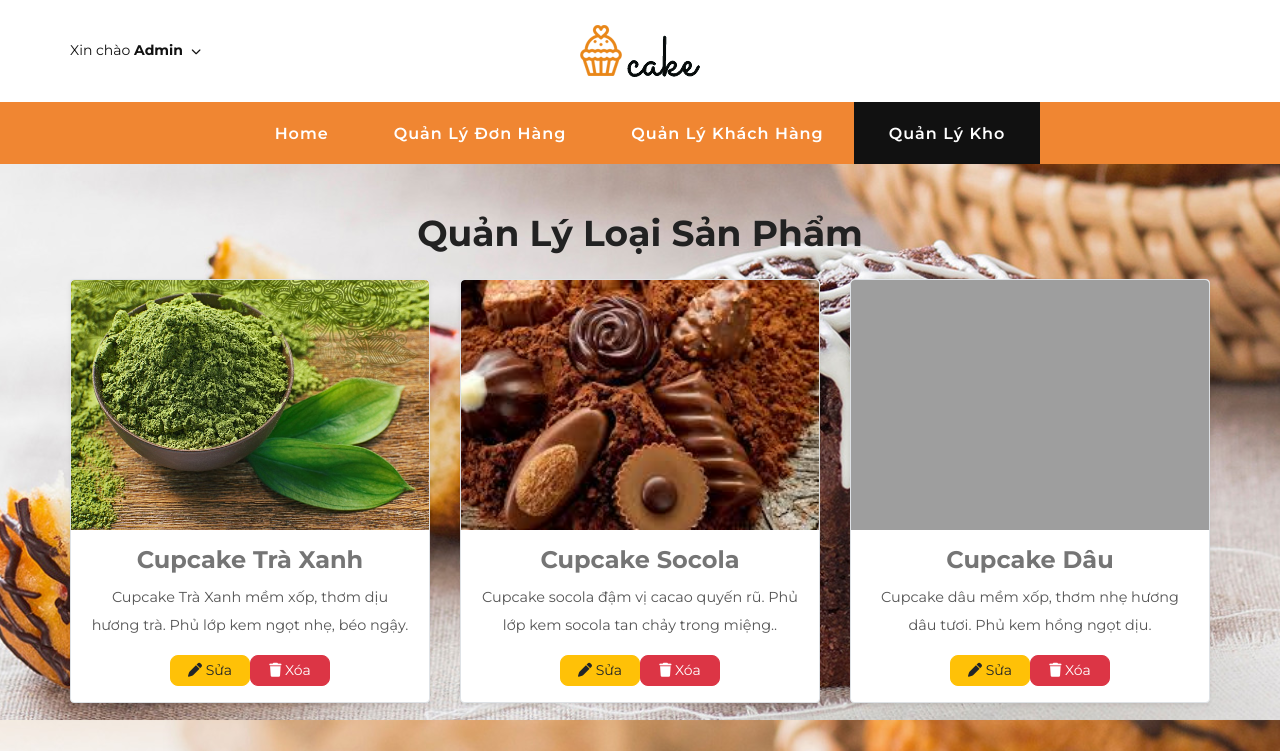
Repository: nhanto2n-byte/Nhom10ChieuThu3
Page: ProjectWeb/cake-main/admin_type.html
The author's editor kept a copy of each file at every save. The page is drawn from the files as they stood at one save, then again after the next save.
The browser window is 1280 px wide. The pictures show the whole page.
Pictures or frames that could not be fetched are drawn as grey boxes. Backgrounds fixed to the window are drawn as part of the page.

Above is the page before, as saved 2025-11-10 22:27:21.
Console error (its wording comes from the project's code and is left out).

### ProjectWeb/cake-main/admin_type.html
<!DOCTYPE html>
<html lang="vi">

<head>
    <meta charset="UTF-8">
    <meta name="viewport" content="width=device-width, initial-scale=1.0">
    <title>Quản lý Bánh Cupcake</title>

    <link href="https://fonts.googleapis.com/css2?family=Playfair+Display:wght@400;500;600;700;800;900&display=swap" rel="stylesheet">
    <link href="https://fonts.googleapis.com/css2?family=Montserrat:wght@300;400;500;600;700;800;900&display=swap" rel="stylesheet">
    <link rel="stylesheet" href="css/bootstrap.min.css" type="text/css">
    <link rel="stylesheet" href="css/style.css" type="text/css">
    <link rel="stylesheet" href="https://cdnjs.cloudflare.com/ajax/libs/font-awesome/6.0.0-beta3/css/all.min.css">

    <style>
        /* GIAO DIỆN CHUNG */
        body {
            background: url('img/hero/hero-1.jpg') no-repeat center center fixed;
            background-size: cover;
            font-family: 'Montserrat', sans-serif;
            color: #222;
        }
        .card {
            border: none; border-radius: 12px; box-shadow: 0 3px 10px rgba(0, 0, 0, 0.1);
            background-color: rgba(255, 255, 255, 0.9); padding: 25px; margin-bottom: 20px;
        }
        h2 { font-weight: 700; color: #222; margin-bottom: 30px; }
        .table th { background-color: #f1f3f9; }
        .btn-primary, .btn-warning, .btn-danger, .btn-success, .btn-secondary, .btn-info { border-radius: 8px; }

        /* MENU DROPDOWN */
        .header__top__left ul li.has-dropdown { position: relative; cursor: pointer; }
        .header__top__left ul li .dropdown {
            display: none; position: absolute; top: 100%; left: 0; z-index: 100; background-color: #333;
            border: 1px solid #555; box-shadow: 0 4px 10px rgba(0, 0, 0, 0.2); min-width: 200px;
            padding: 5px 0; list-style: none;
        }
        .header__top__left ul li.has-dropdown:hover>.dropdown { display: block; }
        .header__top__left ul li .dropdown li a {
            display: block; padding: 10px 15px; text-decoration: none; color: white; font-size: 16px; white-space: nowrap;
        }
        .header__top__left ul li .dropdown li a:hover { background-color: #555; color: #ffcc00; }

        /* FORM */
        .card-form {
            border-radius: 15px; box-shadow: 0 8px 20px rgba(0, 0, 0, 0.15); background: rgba(255, 255, 255, 0.95);
            padding: 30px; margin-bottom: 30px; transition: transform 0.3s, opacity 0.3s; display: none;
        }
        .card-form h5 {
            background: linear-gradient(90deg, #f6d365, #fda085); padding: 12px 20px; border-radius: 10px;
            color: white; margin-bottom: 25px; font-weight: 700; text-align: center; box-shadow: 0 4px 12px rgba(0, 0, 0, 0.1);
        }
        .card-form input, .card-form textarea {
            border-radius: 10px; padding: 10px 15px; border: 1px solid #ccc; transition: 0.3s;
        }
        .card-form input:focus { border-color: #fda085; box-shadow: 0 0 8px rgba(253, 160, 133, 0.4); outline: none; }
        .card-form button { border-radius: 10px; padding: 8px 20px; transition: 0.3s; }
        .card-form button:hover { transform: translateY(-2px); box-shadow: 0 6px 15px rgba(0, 0, 0, 0.15); }

.category-card {
    border-radius: 15px;
    overflow: hidden;
    background: #fff;
    box-shadow: 0 4px 15px rgba(0,0,0,0.1);
    transition: .3s ease;
    cursor: pointer;
}

.category-card:hover {
    transform: translateY(-8px);
    box-shadow: 0 6px 20px rgba(0,0,0,0.15);
}

.category-img {
    width: 100%;
    height: 230px;
    object-fit: cover;
}

.category-content {
    padding: 20px;
    text-align: center;
}

.category-content h4 {
    font-weight: 700;
    margin-bottom: 10px;
}

.category-content p {
    color: #666;
    font-size: 15px;
}

/* Căn giữa toàn bộ menu chính */
.header__menu ul {
    display: flex;
    justify-content: center; /* căn giữa menu */
    align-items: center;
    list-style: none;
    margin: 0;
    padding: 0;
}

/* Mỗi mục trong menu chính */
.header__menu ul li {
    position: relative;
}

/* Dropdown menu (đen, chữ trắng, tự giãn kích thước) */
.header__menu ul li .dropdown {
    display: none;
    position: absolute;
    top: 100%;
    left: 50%;
    transform: translateX(-50%);
    background-color: rgba(0, 0, 0, 0.95);
    border: 1px solid #444;
    box-shadow: 0 4px 10px rgba(0, 0, 0, 0.3);
    border-radius: 8px;
    z-index: 100;
    padding: 5px 0;

    /* Cho phép chữ xuống dòng, mở rộng nếu cần */
    white-space: normal; /* cho phép xuống dòng */
    width: auto;         /* tự mở rộng theo nội dung */
    min-width: 230px;    /* kích thước tối thiểu */
    max-width: 300px;    /* tránh quá rộng */
    word-wrap: break-word; /* ngắt dòng nếu chữ dài liền */
}

/* Hiện dropdown khi hover */
.header__menu ul li:hover > .dropdown {
    display: block;
}

/* Các item trong dropdown */
.header__menu ul li .dropdown li {
    display: block;
}

/* Liên kết trong dropdown */
.header__menu ul li .dropdown li a {
    display: block;
    padding: 10px 18px;
    color: #fff;
    text-decoration: none;
    font-size: 15px;
    font-weight: 500;
    transition: background 0.2s, color 0.2s;
    line-height: 1.4; /* giúp dòng chữ cân đối khi xuống dòng */
}

/* Hover đẹp */
.header__menu ul li .dropdown li a:hover {
    background-color: #333;
    color: #ffcc00;
}

/* Hiệu ứng trượt mở */
.header__menu ul li .dropdown {
    opacity: 0;
    visibility: hidden;
    transform: translate(-50%, 10px);
    transition: all 0.25s ease;
}
.header__menu ul li:hover > .dropdown {
    opacity: 1;
    visibility: visible;
    transform: translate(-50%, 0);
}



    </style>
</head>

<body>
    <header class="header">
        <div class="header__top">
            <div class="container">
                <div class="row">
                    <div class="col-lg-12">
                        <div class="header__top__inner">
                            <div class="header__top__left">
                                <ul>
                                    <li class="has-dropdown">
                                        Xin chào <strong>Admin</strong>
                                        <i class="fa-solid fa-chevron-down" style="font-size: 10px; margin-left: 5px;"></i>
                                        <ul class="dropdown">
                                            <li><a href="./admin_login.html">Log out</a></li>
                                        </ul>
                                    </li>
                                </ul>
                            </div>
                            <div class="header__logo">
                                <a href="#"><img src="img/logo.png" alt=""></a>
                            </div>
                        </div>
                    </div>
                </div>
                <div class="canvas__open"><i class="fa fa-bars"></i></div>
            </div>
        </div>
        <div class="container">
            <nav class="header__menu mobile-menu">
                <ul>
                    <li><a href="./admin_home.html">Home</a></li>
                    <li><a href="./admin_product.html">Quản Lý Đơn Hàng</a></li>
                    <li><a href="./admin_member.html">Quản Lý Khách Hàng</a></li>
                    <li class="active"><a href="#">Quản Lý Kho</a>
                        <ul class="dropdown">
                            <li><a href="./admin_category.html">Quản Lý Danh Mục Sản Phẩm</a></li>
                            <li><a href="./admin_import.html">Quản Lý Nhập Sản Phẩm</a></li>
                            <li><a href="./admin_selling.html">Quản Lý Giá Bán</a></li>
                            <li><a href="./admin_quantity.html">Quản Lý Số Lượng Tồn</a></li>
                            <li><a href="./admin_type.html">Quản Lý Loại Sản Phẩm</a></li>
                        </ul>
                    </li>
                </ul>
            </nav>
        </div>
    </header>
  <div class="container py-5">
    <h2 class="text-center mb-4">Quản Lý Loại Sản Phẩm</h2>

    <div class="row g-4">

        <!-- Loại 1 -->
        <div class="col-lg-4 col-md-6">
            <div class="category-card border rounded shadow-sm">
                <img src="img/hero/TRAXANH.jpg" class="category-img img-fluid" alt="">
                <div class="category-content p-3 text-center">
                    <h4>Cupcake Trà Xanh</h4>
                    <p>Cupcake Trà Xanh mềm xốp, thơm dịu hương trà.
Phủ lớp kem ngọt nhẹ, béo ngậy.</p>
                    <div class="d-flex justify-content-center gap-4 mt-3">
                        <button class="btn btn-warning btn-sm btn-action"><i class="fa-solid fa-pen"></i> Sửa</button>
                        <button class="btn btn-danger btn-sm btn-action"><i class="fa-solid fa-trash"></i> Xóa</button>
                    </div>
                </div>
            </div>
        </div>

        <!-- Loại 2 -->
        <div class="col-lg-4 col-md-6">
            <div class="category-card border rounded shadow-sm">
                <img src="img/hero/SOCOLA.jpg" class="category-img img-fluid" alt="">
                <div class="category-content p-3 text-center">
                    <h4>Cupcake Socola</h4>
                    <p>Cupcake socola đậm vị cacao quyến rũ.
Phủ lớp kem socola tan chảy trong miệng..</p>
                    <div class="d-flex justify-content-center gap-4 mt-3">
                           <button class="btn btn-warning btn-sm btn-action"
        onclick="window.location.href='sualoaisp.html'">
    <i class="fa-solid fa-pen"></i> Sửa
</button>
                        <button class="btn btn-danger btn-sm btn-action"><i class="fa-solid fa-trash"></i> Xóa</button>
                    </div>
                </div>
            </div>
        </div>

        <!-- Loại 3 -->
        <div class="col-lg-4 col-md-6">
            <div class="category-card border rounded shadow-sm">
                <img src="img/hero/DÂU.jpg" class="category-img img-fluid" alt="">
                <div class="category-content p-3 text-center">
                    <h4>Cupcake Dâu</h4>
                    <p>Cupcake dâu mềm xốp, thơm nhẹ hương dâu tươi.
Phủ kem hồng ngọt dịu.</p>
                    <div class="d-flex justify-content-center gap-4 mt-3">
                       <button class="btn btn-warning btn-sm btn-action"
        onclick="window.location.href='sualoaisp.html'">
    <i class="fa-solid fa-pen"></i> Sửa
</button>

                        <button class="btn btn-danger btn-sm btn-action"><i class="fa-solid fa-trash"></i> Xóa</button>
                    </div>

                </div>
            </div>
        </div>

    </div>
</div>

<!-- CSS nhúng trực tiếp -->
<style>
.category-card {
    transition: transform 0.3s, box-shadow 0.3s;
}
.category-card:hover {
    transform: translateY(-5px);
    box-shadow: 0 8px 20px rgba(0,0,0,0.2);
}
.category-img {
    width: 100%;
    height: 250px;
    object-fit: cover;
    border-top-left-radius: 0.25rem;
    border-top-right-radius: 0.25rem;
}
.category-content h4 {
    font-weight: 700;
    margin-bottom: 0.5rem;
}
.category-content p {
    font-size: 0.9rem;
    color: #555;
}

/* Nút Sửa/Xóa */
.btn-action {
    min-width: 80px;
    transition: transform 0.1s, box-shadow 0.1s;
}

/* Hiệu ứng nhấn vào */
.btn-action:active {
    transform: scale(1.1);
    box-shadow: 0 4px 10px rgba(0,0,0,0.2);
}
</style>


    <script>
        // ===== BẮT ĐẦU JAVASCRIPT HOÀN CHỈNH =====

        // Hàm showToast và CSS của bạn, không thay đổi.
        function showToast(message, type = "success") {
            const toast = document.createElement("div");
            toast.className = `custom-toast ${type}`;
            toast.innerHTML = `<i class="fa-solid ${type === "success" ? "fa-circle-check" : "fa-circle-exclamation"}"></i> <span>${message}</span>`;
            document.body.appendChild(toast);
            setTimeout(() => toast.classList.add("show"), 100);
            setTimeout(() => {
                toast.classList.remove("show");
                setTimeout(() => toast.remove(), 500);
            }, 3000);
        }
        const style = document.createElement("style");
        style.innerHTML = `
            .custom-toast {
                position: fixed; top: 20px; right: 20px; background: rgba(40, 167, 69, 0.95); color: white;
                padding: 12px 18px; border-radius: 10px; box-shadow: 0 4px 12px rgba(0,0,0,0.2); font-size: 16px;
                display: flex; align-items: center; gap: 10px; opacity: 0; transform: translateY(-10px);
                transition: all 0.4s ease; z-index: 9999;
            }
            .custom-toast.show { opacity: 1; transform: translateY(0); }
            .custom-toast.error { background: rgba(220, 53, 69, 0.95); }
            .custom-toast i { font-size: 18px; }
        `;
        document.head.appendChild(style);

        // ======================================================
        // LOGIC CHÍNH ĐIỀU KHIỂN FORM VÀ BẢNG
        // ======================================================
        document.addEventListener("DOMContentLoaded", () => {
            // --- LẤY TẤT CẢ CÁC PHẦN TỬ CẦN DÙNG ---
            const btnShowAddFlavor = document.getElementById('btnShowAddFlavor');
            const btnShowAddCake = document.getElementById('btnShowAddCake');
            const btnCancelAddFlavor = document.getElementById('btnCancelAddFlavor');
            const btnCancelAddCake = document.getElementById('btnCancelAddCake');
            const btnCancelEdit = document.getElementById('btnCancel');
            const addFlavorForm = document.getElementById('addFlavorForm');
            const addCakeForm = document.getElementById('addCakeForm');
            const editForm = document.getElementById('editForm');
            const formAddFlavorElement = document.getElementById('formAddFlavor');
            const formAddCakeElement = document.getElementById('formAddCake');
            const formEditElement = document.getElementById('formEdit');
            const tableBody = document.getElementById('bangDanhSachVi');
            let editingRow = null;

            // --- CHỨC NĂNG: HIỆN/ẨN CÁC FORM ---
            if (btnShowAddFlavor) {
                btnShowAddFlavor.addEventListener('click', () => {
                    addFlavorForm.style.display = 'block';
                    addCakeForm.style.display = 'none';
                    editForm.style.display = 'none';
                    window.scrollTo({ top: 0, behavior: 'smooth' });
                });
            }
            if (btnShowAddCake) {
                btnShowAddCake.addEventListener('click', () => {
                    addCakeForm.style.display = 'block';
                    addFlavorForm.style.display = 'none';
                    editForm.style.display = 'none';
                    window.scrollTo({ top: 0, behavior: 'smooth' });
                });
            }

            // --- CHỨC NĂNG: CÁC NÚT HỦY ---
            if (btnCancelAddFlavor) btnCancelAddFlavor.addEventListener('click', () => { addFlavorForm.style.display = 'none'; });
            if (btnCancelAddCake) btnCancelAddCake.addEventListener('click', () => { addCakeForm.style.display = 'none'; });
            if (btnCancelEdit) btnCancelEdit.addEventListener('click', () => { editForm.style.display = 'none'; });

            // --- CHỨC NĂNG: LƯU FORM "THÊM VỊ MỚI" (CHỈ ĐÓNG FORM) ---
            if (formAddFlavorElement) {
                formAddFlavorElement.addEventListener('submit', (event) => {
                    event.preventDefault();
                    addFlavorForm.style.display = 'none';
                    formAddFlavorElement.reset();
                    showToast("Đã đóng form thêm vị.");
                });
            }

            // --- CHỨC NĂNG: LƯU FORM "THÊM BÁNH" ---
            if(formAddCakeElement) {
                formAddCakeElement.addEventListener('submit', (event) => {
                    event.preventDefault();
                    const tenBanh = document.getElementById('cakeNameInput').value.trim();
                    const viBanh = document.getElementById('cakeFlavorInput').value.trim();
                    if (!tenBanh || !viBanh) {
                        showToast("Vui lòng nhập Tên bánh và Vị bánh!", "error");
                        return;
                    }
                    const sanPhamBanhMoi = { ten: tenBanh, vi: viBanh };
                    console.log("Sản phẩm bánh mới:", sanPhamBanhMoi);
                    showToast(`Đã thêm bánh "${tenBanh}" thành công!`);
                    addCakeForm.style.display = 'none';
                    formAddCakeElement.reset();
                });
            }

            // --- CHỨC NĂNG: LƯU FORM "SỬA VỊ" ---
            if (formEditElement) {
                formEditElement.addEventListener('submit', (event) => {
                    event.preventDefault();
                    const newTenVi = document.getElementById('editTen').value.trim();
                    if (!newTenVi) { showToast("Tên vị không được để trống!", "error"); return; }
                    if (editingRow) {
                        editingRow.children[1].textContent = newTenVi;
                    }
                    editForm.style.display = 'none';
                    showToast("Cập nhật thành công!");
                });
            }

            // --- CHỨC NĂNG: CÁC NÚT SỬA/XÓA TRONG BẢNG (DÙNG EVENT DELEGATION) ---
            tableBody.addEventListener('click', (event) => {
                const target = event.target.closest('button');
                if (!target) return;

                if (target.classList.contains('btn-edit')) {
                    editingRow = target.closest('tr');
                    const maVi = editingRow.children[0].textContent.trim();
                    const tenVi = editingRow.children[1].textContent.trim();
                    document.getElementById('editMa').value = maVi;
                    document.getElementById('editTen').value = tenVi;
                    editForm.style.display = 'block';
                    addFlavorForm.style.display = 'none';
                    addCakeForm.style.display = 'none';
                    window.scrollTo({ top: document.body.scrollHeight, behavior: 'smooth' });
                }

                if (target.classList.contains('btn-delete')) {
                    const rowToDelete = target.closest('tr');
                    if (confirm('Bạn có chắc chắn muốn xóa vị này không?')) {
                        showToast("Đã xóa vị thành công!", "error");
                    }
                }
            });
        });
        // Chọn tất cả các nút Xóa
  const deleteButtons = document.querySelectorAll('.btn-action');

  // Lắng nghe sự kiện click cho từng nút
  deleteButtons.forEach(btn => {
    btn.addEventListener('click', () => {
      alert('Xóa thành công!');
    });
  });
    </script>
    <script src="js/bootstrap.min.js"></script>
    <script src="https://cdn.jsdelivr.net/npm/bootstrap@5.3.2/dist/js/bootstrap.bundle.min.js"></script>
</body>
</html>

Loaded but not shown: ProjectWeb/cake-main/css/bootstrap.min.css (library); ProjectWeb/cake-main/js/bootstrap.min.js (library); ProjectWeb/cake-main/css/style.css (4080 lines, source omitted)

After the next save:
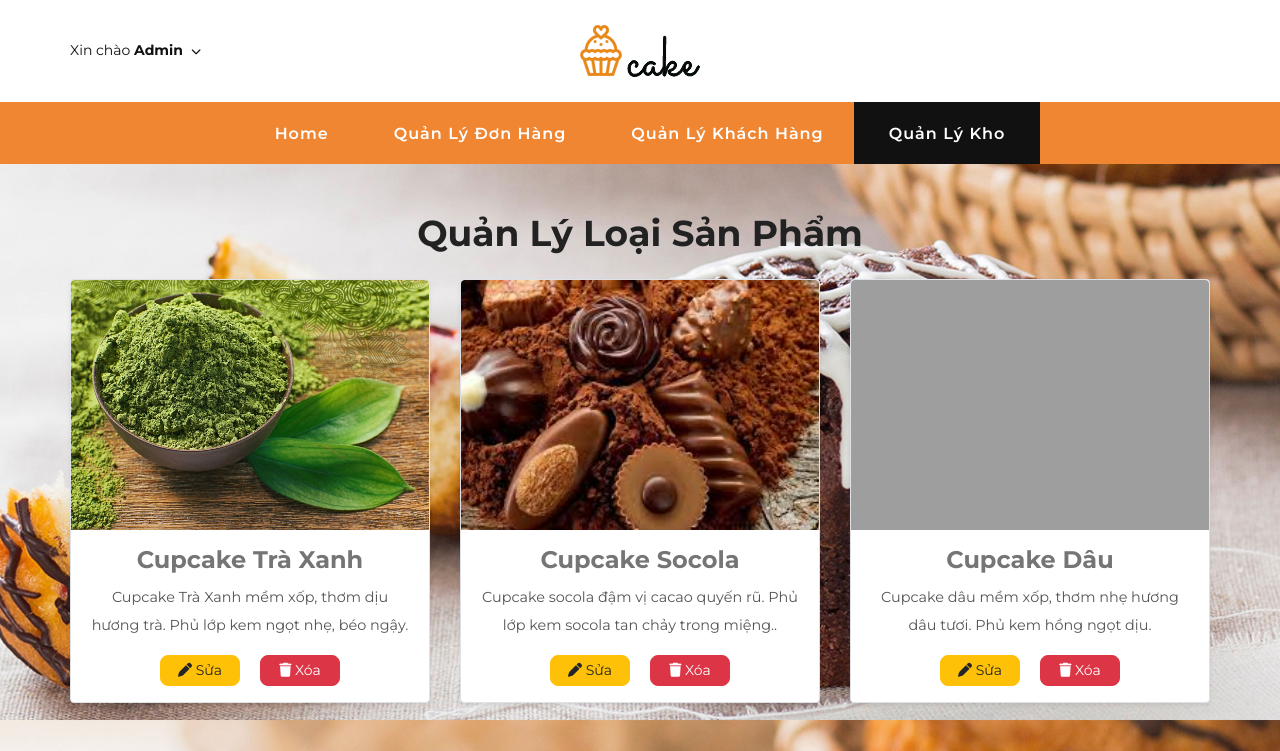
Saved 2 min 47 s later.
--- a/ProjectWeb/cake-main/admin_type.html
+++ b/ProjectWeb/cake-main/admin_type.html
@@ -150,6 +150,10 @@
     transition: background 0.2s, color 0.2s;
     line-height: 1.4; /* giúp dòng chữ cân đối khi xuống dòng */
 }
+.d-flex.gap-4 {
+    gap: 20px; /* tăng khoảng cách giữa các nút */
+}
+
 
 /* Hover đẹp */
 .header__menu ul li .dropdown li a:hover {
